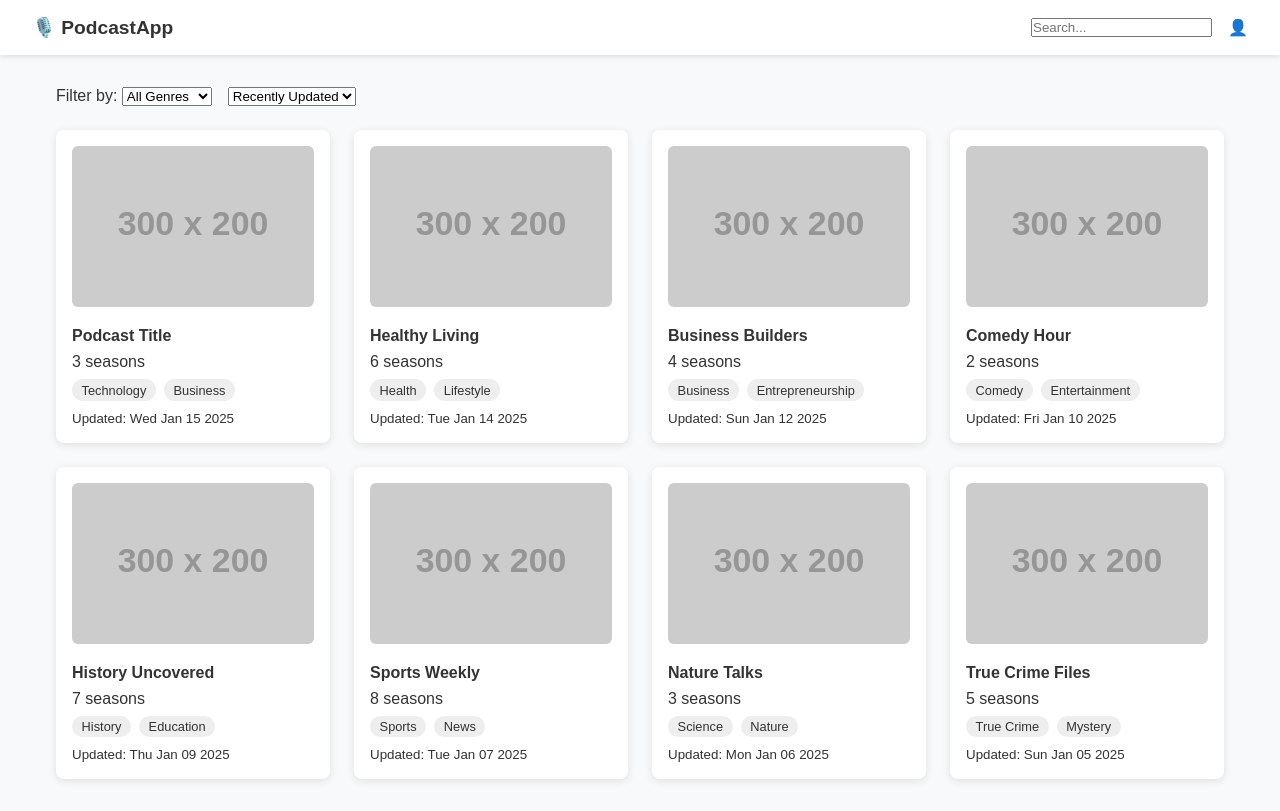
Repository: andajonas/ANDJON25111_fto2505_A_Anda-Jonas_DJS01
Page: index.html
These files come from the project's save history. The page is drawn as it stood at one moment and after the next save; the edit follows.
The browser window is 1280 px wide. The pictures show the whole page.

Above is the page before, as saved 2025-09-03 18:09:24.

### index.html
<!DOCTYPE html>
<html lang="en">
<head>
  <meta charset="UTF-8">
  <title>PodcastApp</title>
  <link rel="stylesheet" href="styles.css">
</head>
<body>
  <header class="navbar">
    <div class="logo">🎙️ PodcastApp</div>
    <div class="search-profile">
      <input type="text" placeholder="Search...">
      <div class="profile">👤</div>
    </div>
  </header>

  <main class="container">
    <!-- Filters -->
    <div class="filters">
      <label>Filter by:
        <select id="genreFilter">
          <option value="all">All Genres</option>
          <option value="Technology">Technology</option>
          <option value="Business">Business</option>
          <option value="Comedy">Comedy</option>
          <option value="History">History</option>
        </select>
      </label>
      <select id="sortFilter">
        <option value="recent">Recently Updated</option>
        <option value="seasons">Most Seasons</option>
      </select>
    </div>

    <!-- Podcast Grid -->
    <div id="podcastGrid" class="grid"></div>
  </main>

  <!-- Modal -->
  <div id="podcastModal" class="modal hidden">
    <div class="modal-content">
      <span class="close">&times;</span>
      <div id="modalBody"></div>
    </div>
  </div>

  <script src="app.js"></script>
</body>
</html>

### styles.css
* {
    box-sizing: border-box;
    margin: 0;
    padding: 0;
    font-family: Arial, sans-serif;
  }

  body {
    background: #f8f9fa;
    color: #333;
  }

  .navbar {
    display: flex;
    justify-content: space-between;
    align-items: center;
    padding: 1rem 2rem;
    background: white;
    box-shadow: 0 2px 5px rgba(0,0,0,0.1);
  }

  .logo {
    font-weight: bold;
    font-size: 1.2rem;
  }

  .search-profile {
    display: flex;
    align-items: center;
    gap: 1rem;
  }

  .container {
    max-width: 1200px;
    margin: 2rem auto;
    padding: 0 1rem;
  }

  .filters {
    display: flex;
    gap: 1rem;
    margin-bottom: 1.5rem;
  }

  .grid {
    display: grid;
    grid-template-columns: repeat(auto-fill, minmax(250px, 1fr));
    gap: 1.5rem;
  }

  .card {
    background: white;
    padding: 1rem;
    border-radius: 8px;
    box-shadow: 0 2px 8px rgba(0,0,0,0.1);
    cursor: pointer;
    transition: transform 0.2s ease;
  }
  .card:hover {
    transform: translateY(-5px);
  }

  .card img {
    width: 100%;
    border-radius: 6px;
    margin-bottom: 1rem;
  }

  .card .title {
    font-weight: bold;
    margin-bottom: 0.5rem;
  }

  .tags {
    display: flex;
    gap: 0.5rem;
    flex-wrap: wrap;
    margin: 0.5rem 0;
  }

  .tag {
    background: #eee;
    padding: 0.2rem 0.6rem;
    border-radius: 12px;
    font-size: 0.8rem;
  }

  /* Modal */
  .modal {
    position: fixed;
    top: 0;
    left: 0;
    width: 100%;
    height: 100%;
    background: rgba(0,0,0,0.6);
    display: flex;
    justify-content: center;
    align-items: center;
    z-index: 1000;
  }

  .modal.hidden {
    display: none;
  }

  .modal-content {
    background: white;
    width: 600px;
    max-width: 95%;
    padding: 2rem;
    border-radius: 10px;
    position: relative;
  }

  .modal-content img {
    width: 200px;
    margin-bottom: 1rem;
  }

  .close {
    position: absolute;
    right: 1rem;
    top: 1rem;
    font-size: 1.5rem;
    cursor: pointer;
  }
  /* Modal Layout */
.modal-content {
    background: white;
    width: 700px;
    max-width: 95%;
    padding: 2rem;
    border-radius: 12px;
    position: relative;
    max-height: 90vh;
    overflow-y: auto;
  }

  .modal-header {
    display: flex;
    gap: 1.5rem;
    margin-bottom: 1.5rem;
  }

  .modal-header img {
    width: 180px;
    height: 180px;
    border-radius: 8px;
    object-fit: cover;
  }

  .modal-details h2 {
    margin-bottom: 0.8rem;
  }

  .modal-details p {
    margin-bottom: 1rem;
    line-height: 1.5;
  }

  .modal-details .tags {
    margin: 0.5rem 0 1rem 0;
  }

  .updated {
    display: flex;
    align-items: center;
    gap: 0.5rem;
    font-size: 0.9rem;
    color: #555;
  }

  /* Seasons list */
  .seasons {
    margin-top: 2rem;
  }

  .season-item {
    border: 1px solid #ddd;
    border-radius: 8px;
    padding: 1rem;
    margin-bottom: 1rem;
    display: flex;
    justify-content: space-between;
    align-items: center;
  }

  .season-info {
    flex: 1;
  }

  .season-info h4 {
    margin-bottom: 0.4rem;
  }

  .season-episodes {
    font-size: 0.9rem;
    color: #666;
  }

### app.js
const podcasts = [
    {
      title: "Podcast Title",
      seasons: 3,
      genres: ["Technology", "Business"],
      updated: "2025-01-15",
      cover: "https://via.placeholder.com/300x200",
      description: "Weekly deep dive into technology trends, AI, and startups.",
      seasonList: [
        { name: "Season 1: Getting Started", desc: "Introduction", episodes: 12 },
        { name: "Season 2: Advanced Topics", desc: "Deep dives", episodes: 15 }
      ]
    },
    {
      title: "Comedy Hour",
      seasons: 2,
      genres: ["Comedy", "Entertainment"],
      updated: "2025-01-10",
      cover: "https://via.placeholder.com/300x200",
      description: "Laugh with comedians from around the world.",
      seasonList: [
        { name: "Season 1: Fun Times", desc: "Best jokes", episodes: 10 },
        { name: "Season 2: More Laughs", desc: "Comedy specials", episodes: 8 }
      ]
    },
    {
      title: "Business Builders",
      seasons: 4,
      genres: ["Business", "Entrepreneurship"],
      updated: "2025-01-12",
      cover: "https://via.placeholder.com/300x200",
      description: "Interviews and insights from successful entrepreneurs.",
      seasonList: [
        { name: "Season 1: Startups", desc: "New ventures", episodes: 14 },
        { name: "Season 2: Scaling", desc: "Growth strategies", episodes: 16 }
      ]
    },
    {
      title: "True Crime Files",
      seasons: 5,
      genres: ["True Crime", "Mystery"],
      updated: "2025-01-05",
      cover: "https://via.placeholder.com/300x200",
      description: "Unsolved mysteries and chilling true crime stories.",
      seasonList: [
        { name: "Season 1: Cold Cases", desc: "Unresolved crimes", episodes: 12 },
        { name: "Season 2: Criminal Minds", desc: "Profiles and stories", episodes: 13 }
      ]
    },
    {
      title: "Healthy Living",
      seasons: 6,
      genres: ["Health", "Lifestyle"],
      updated: "2025-01-14",
      cover: "https://via.placeholder.com/300x200",
      description: "Tips and discussions on wellness, fitness, and healthy eating.",
      seasonList: [
        { name: "Season 1: Nutrition", desc: "Eating right", episodes: 10 },
        { name: "Season 2: Fitness", desc: "Exercise routines", episodes: 12 }
      ]
    },
    {
      title: "History Uncovered",
      seasons: 7,
      genres: ["History", "Education"],
      updated: "2025-01-09",
      cover: "https://via.placeholder.com/300x200",
      description: "Exploring fascinating stories from history.",
      seasonList: [
        { name: "Season 1: Ancient Times", desc: "Civilizations", episodes: 11 },
        { name: "Season 2: Modern History", desc: "World events", episodes: 14 }
      ]
    },
    {
      title: "Sports Weekly",
      seasons: 8,
      genres: ["Sports", "News"],
      updated: "2025-01-07",
      cover: "https://via.placeholder.com/300x200",
      description: "Weekly sports analysis, interviews, and news updates.",
      seasonList: [
        { name: "Season 1: Football", desc: "Game highlights", episodes: 20 },
        { name: "Season 2: Global Sports", desc: "Around the world", episodes: 18 }
      ]
    },
    {
      title: "Nature Talks",
      seasons: 3,
      genres: ["Science", "Nature"],
      updated: "2025-01-06",
      cover: "https://via.placeholder.com/300x200",
      description: "Conversations about the environment, animals, and natural wonders.",
      seasonList: [
        { name: "Season 1: Wildlife", desc: "Animal world", episodes: 12 },
        { name: "Season 2: Oceans", desc: "Life underwater", episodes: 10 }
      ]
    }
  ];

  // Elements
  const grid = document.getElementById("podcastGrid");
  const modal = document.getElementById("podcastModal");
  const modalBody = document.getElementById("modalBody");
  const closeBtn = document.querySelector(".close");
  const genreFilter = document.getElementById("genreFilter");
  const sortFilter = document.getElementById("sortFilter");

  // Render podcast cards
  function renderGrid(list) {
    grid.innerHTML = "";
    list.forEach(p => {
      const card = document.createElement("div");
      card.className = "card";
      card.innerHTML = `
        <img src="${p.cover}" alt="cover">
        <div class="title">${p.title}</div>
        <div>${p.seasons} seasons</div>
        <div class="tags">${p.genres.map(g => `<span class="tag">${g}</span>`).join("")}</div>
        <small>Updated: ${new Date(p.updated).toDateString()}</small>
      `;
      card.onclick = () => openModal(p);
      grid.appendChild(card);
    });
  }

  function openModal(p) {
    modal.classList.remove("hidden");
    modalBody.innerHTML = `
      <div class="modal-header">
        <img src="${p.cover}" alt="cover">
        <div class="modal-details">
          <h2>${p.title}</h2>
          <p>${p.description}</p>
          <div class="tags">${p.genres.map(g => `<span class="tag">${g}</span>`).join("")}</div>
          <div class="updated">📅 Last updated: ${new Date(p.updated).toDateString()}</div>
        </div>
      </div>

      <div class="seasons">
        <h3>Seasons</h3>
        ${p.seasonList.map(s => `
          <div class="season-item">
            <div class="season-info">
              <h4>${s.name}</h4>
              <p>${s.desc}</p>
            </div>
            <div class="season-episodes">${s.episodes} episodes</div>
          </div>
        `).join("")}
      </div>
    `;
  }


  // Close modal
  closeBtn.onclick = () => modal.classList.add("hidden");
  modal.onclick = e => { if (e.target === modal) modal.classList.add("hidden"); };

  // Filters
  function applyFilters() {
    let filtered = [...podcasts];
    const genre = genreFilter.value;
    const sort = sortFilter.value;

    if (genre !== "all") {
      filtered = filtered.filter(p => p.genres.includes(genre));
    }

    if (sort === "recent") {
      filtered.sort((a, b) => new Date(b.updated) - new Date(a.updated));
    } else if (sort === "seasons") {
      filtered.sort((a, b) => b.seasons - a.seasons);
    }

    renderGrid(filtered);
  }

  genreFilter.onchange = applyFilters;
  sortFilter.onchange = applyFilters;

  // Init
  applyFilters();

After the next save:
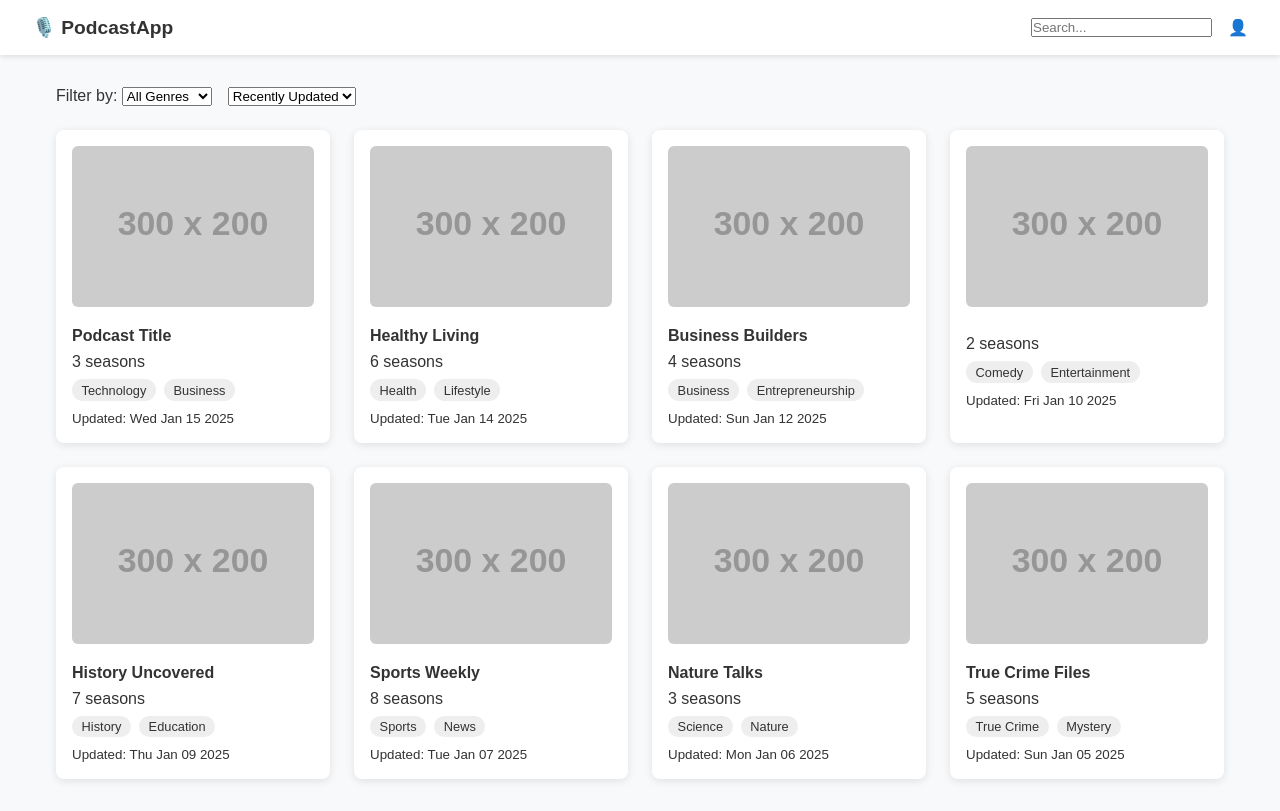
Saved 13 s later.
--- a/app.js
+++ b/app.js
@@ -12,7 +12,7 @@ const podcasts = [
       ]
     },
     {
-      title: "Comedy Hour",
+      title: "",
       seasons: 2,
       genres: ["Comedy", "Entertainment"],
       updated: "2025-01-10",
